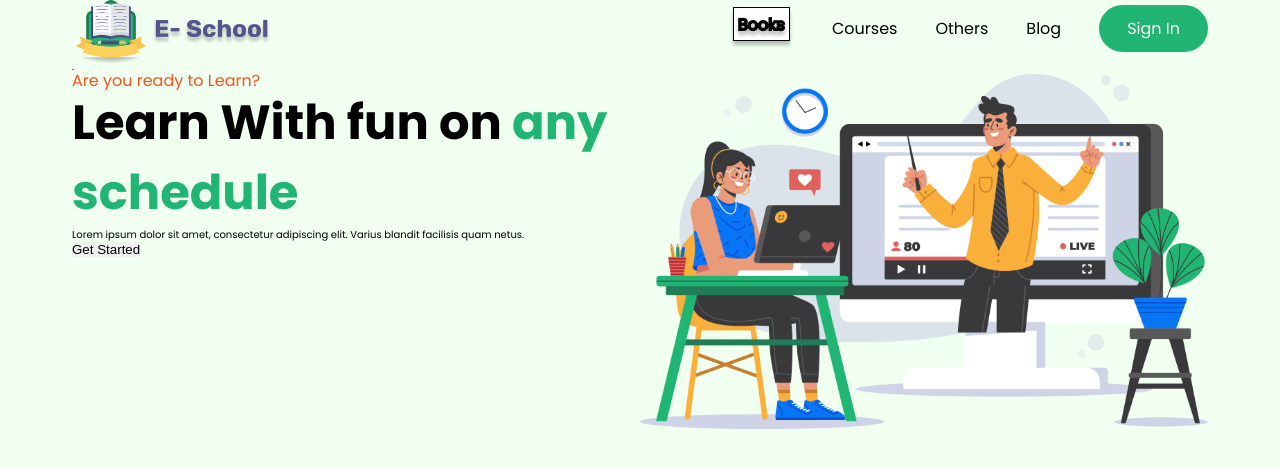
Repository: bijaythakur-code/E-school
Page: index.html
The author's editor kept a copy of each file at every save. The page is drawn from the files as they stood at one save, then again after the next save.
The browser window is 1280 px wide. The pictures show the whole page.

Above is the page before, as saved 2022-05-11 15:07:59.
Console error: TypeError: Cannot set properties of null (setting 'textContent')

### index.html
<!DOCTYPE html>
<html lang="en">
  <head>
    <meta charset="UTF-8" />
    <meta http-equiv="X-UA-Compatible" content="IE=edge" />
    <meta name="viewport" content="width=device-width, initial-scale=1.0" />

    <link rel="preconnect" href="https://fonts.googleapis.com" />
    <link rel="preconnect" href="https://fonts.gstatic.com" crossorigin />
    <link
      href="https://fonts.googleapis.com/css2?family=Poppins:wght@400;500;700&family=Roboto&display=swap"
      rel="stylesheet"
    />

    <link rel="stylesheet" href="/css/general.css" />
    <link rel="stylesheet" href="/css/style.css" />
    <link rel="stylesheet" href="/css/queries.css" />
    <title>Starter Project</title>
  </head>
  <body>
    <header>
      <div class="container">
        <nav>
          <div class="logo">
            <a href="/">
              <img src="/img/logo.png" alt="E-school logo" />
            </a>
          </div>
          <ul class="main-nav">
            <li>
              <a href="/">
                <img src="/img/img-icon-books-nav.png" alt="E-school Books" />
              </a>
            </li>
            <li>
              <a class="nav-link" href="#">Courses</a>
            </li>
            <li>
              <a class="nav-link" href="#">Others</a>
            </li>
            <li>
              <a class="nav-link" href="#">Blog</a>
            </li>
            <li>
              <a class="sign-in nav-link" href="#">Sign In</a>
            </li>
          </ul>
        </nav>

        <!-- hero section -->
        .
        <div class="hero">
          <div class="hero-left">
            <p class="are-you-ready">Are you ready to Learn?</p>
            <h1>Learn With fun on <span class="h1-span">any schedule</span></h1>
            <p>
              Lorem ipsum dolor sit amet, consectetur adipiscing elit. Varius
              blandit facilisis quam netus.
            </p>
            <a href="#">
              <button class="btn-get-started">Get Started</button>
            </a>
          </div>
          <div class="hero-right">
            <img src="/img/image-hero.png" alt="E-school hero" />
        </div>
      </div>
    </header>
    <script src="js/script.js"></script>
  </body>
</html>

### css/general.css
/*
--- 01 TYPOGRAPHY SYSTEM

- Font sizes (px)


- Font weights
Default: 400
Medium: 500

Bold: 700


- Line heights
Default: 1
Small: 1.05
Medium: 1.2
Paragraph default: 1.6
Large: 1.8

- Letter spacing
-0.5px
0.75px

--- 02 COLORS

#000000 -- black
#21B573 -- primary
#FFFFFF -- white
#FD511A -- primary-shade-one
#413960 -- secondary
#585859 -- secondary-tint-one
#282531 -- footer background
#CDCDCD -- primary-tint-one

#F0FFF0 -- hero background

- Primary:
- Tints:


- Shades:


- Accents:
- Greys


--- 05 SHADOWS


--- 06 BORDER-RADIUS

Default: 9px
Medium: 11px

--- 07 WHITESPACE

- Spacing system (px)

*/

:root {
  /* COLORS VARIABLES */
  --primary-color: #21b573;
  --primary-shade-one: #fd511a;
  --primary-tint-one: #cdcdcd;

  --secondary-color: #413960;
  --secondary-tint-one: #585859;

  --hero-background: #f0fff0;
  --footer-background: #282531;

  --black-color: #000000;
  --white-color: #ffffff;
}

*,
*::after,
*::before {
  padding: 0;
  margin: 0;
  box-sizing: border-box;
}

html {
  /* font-size: 10px; */

  /* 10px / 16px = 0.625 = 62.5% */
  /* Percentage of user's browser font-size setting */
  font-size: 62.5%;

  /* Does NOT work on Safari */
  /* scroll-behavior: smooth; */
}

body {
  font-family: 'Poppins', sans-serif;
  line-height: 140%;
  font-weight: 400;
}

ul {
  list-style: none;
}

a {
  text-decoration: none;
}

img {
  max-width: 100%;
  height: auto;
}

button {
  border: none;
  outline: none;
  cursor: pointer;
}

/*=============== GENERAL REUSABLE CSS CLASSES ===============*/

.container {
  /* 1200px */
  max-width: 120rem;
  padding: 0 3.2rem;
  margin: 0 auto;
}

### css/style.css
/*=============== HEADER & NAV ===============*/

header {
  background-color: var(--hero-background);
  height: 100vh;
}
nav {
  display: flex;
  justify-content: space-between;
}

.main-nav {
  display: flex;
  justify-content: space-between;
  align-items: center;
  gap: 38px;
}

.logo {
  height: 60px;
  width: 200px;
}

.nav-link {
  font-family: 'Poppins', sans-serif;
  font-weight: 400;
  font-size: 16px;
  color: #000000;
}

.sign-in {
  color: #ffffff;
  padding: 12px 28px;
  width: 104px;
  height: 43px;
  background: #21b573;
  border-radius: 33px;
}

/* mobile menu */

/*=============== HERO SECTION ===============*/

.hero {
  display: flex;
}

.hero-left {
  width: 50%;
  display: flex;
  flex-direction: column;
}

.are-you-ready {
  font-family: 'Poppins', sans-serif;
  font-weight: 400;
  font-size: 16px;
  color: #fd511a;
}

h1 {
  font-family: 'Poppins', sans-serif;

  font-weight: 700;
  font-size: 48px;
  line-height: 146%;
  color: #000000;
}

.h1-span {
  color: #21b573;
}

.hero-right {
  width: 50%;
}

### css/queries.css
/* rem and em do NOT depend on html font-size in media queries! Instead, 1rem = 1em = 16px */

/**************************/
/* BELOW 1344px (Smaller desktops) */
/**************************/

@media (max-width: 84em) {
}

/**************************/
/* BELOW 1200px (Landscape Tablets) */
/**************************/

@media (max-width: 75em) {
  html {
    /* 9px / 16px  */
    font-size: 56.25%;
  }
}

/**************************/
/* BELOW 944px (Tablets) */
/**************************/

@media (max-width: 59em) {
  html {
    /* 8px / 16px = 0.5 = 50% */
    font-size: 50%;
  }
}

/**************************/
/* BELOW 704px (Smaller tablets) */
/**************************/

@media (max-width: 44em) {
}

/**************************/
/* BELOW 544px (Phones) */
/**************************/

@media (max-width: 34em) {
}

### js/script.js
///////////////////////////////////////////////////////////
// Set current year
const yearEl = document.querySelector('.year')
const currentYear = new Date().getFullYear()
yearEl.textContent = currentYear

///////////////////////////////////////////////////////////
// Make mobile navigation work

const btnNavEl = document.querySelector('.btn-mobile-nav')
const headerEl = document.querySelector('.nav-container')

btnNavEl.addEventListener('click', function () {
  headerEl.classList.toggle('nav-open')
})

///////////////////////////////////////////////////////////
// Smooth scrolling animation

const allLinks = document.querySelectorAll('a:link')

allLinks.forEach(function (link) {
  link.addEventListener('click', function (e) {
    e.preventDefault()
    const href = link.getAttribute('href')

    // Scroll back to top
    if (href === '#')
      window.scrollTo({
        top: 0,
        behavior: 'smooth',
      })

    // Scroll to other links
    if (href !== '#' && href.startsWith('#')) {
      const sectionEl = document.querySelector(href)
      sectionEl.scrollIntoView({ behavior: 'smooth' })
    }

    // Close mobile naviagtion
    if (link.classList.contains('nav-link'))
      headerEl.classList.toggle('nav-open')
  })
})

///////////////////////////////////////////////////////////
// Sticky navigation

const sectionHeroEl = document.querySelector('.hero')

const obs = new IntersectionObserver(
  function (entries) {
    const ent = entries[0]
    // console.log(ent)

    if (ent.isIntersecting === false) {
      document.body.classList.add('sticky')
    }

    if (ent.isIntersecting === true) {
      document.body.classList.remove('sticky')
    }
  },
  {
    // In the viewport
    root: null,
    threshold: 0,
    rootMargin: '-80px',
  }
)
obs.observe(sectionHeroEl)

After the next save:
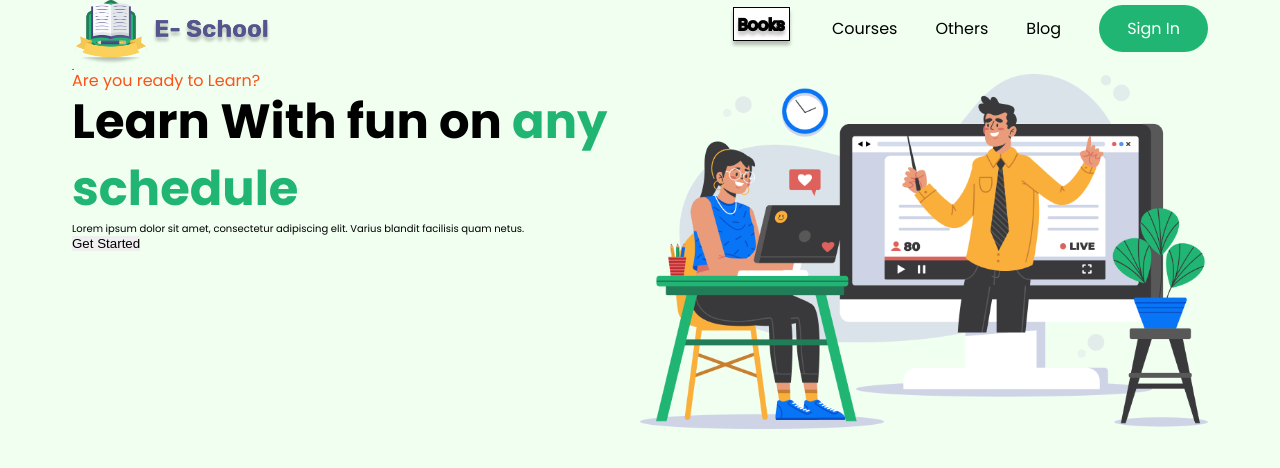
Saved 8 s later.
--- a/css/style.css
+++ b/css/style.css
@@ -63,7 +63,7 @@
 
   font-weight: 700;
   font-size: 48px;
-  line-height: 146%;
+  line-height: 140%;
   color: #000000;
 }
 
